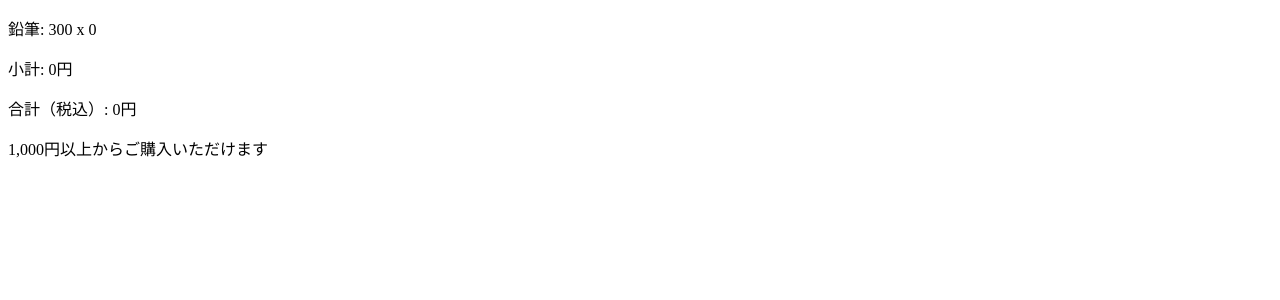
Repository: minoto9/vue_tutorial
Page: p53-59/p53.html
The author's editor kept a copy of each file at every save. The page is drawn from the files as they stood at one save, then again after the next save.
The browser window is 1280 px wide. The pictures show the whole page.
Some web libraries are served in a nearby version.

Above is the page before, as saved 2019-07-06 01:52:55.

After the next save:
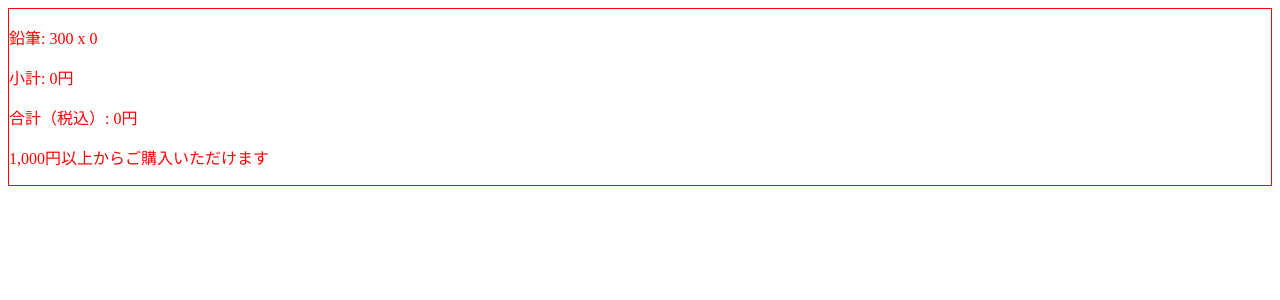
Saved 83 s later.
--- a/p53-59/p53.html
+++ b/p53-59/p53.html
@@ -9,7 +9,7 @@
 </head>
 <body>
     <div id="app">
-        <div :style="erroMessageStyle">
+        <div :style="errorMessageStyle">
             <p>
                 {{ items[0].name }}: {{ items[0].price }} x {{ items[0].quantity }}
             </p>
